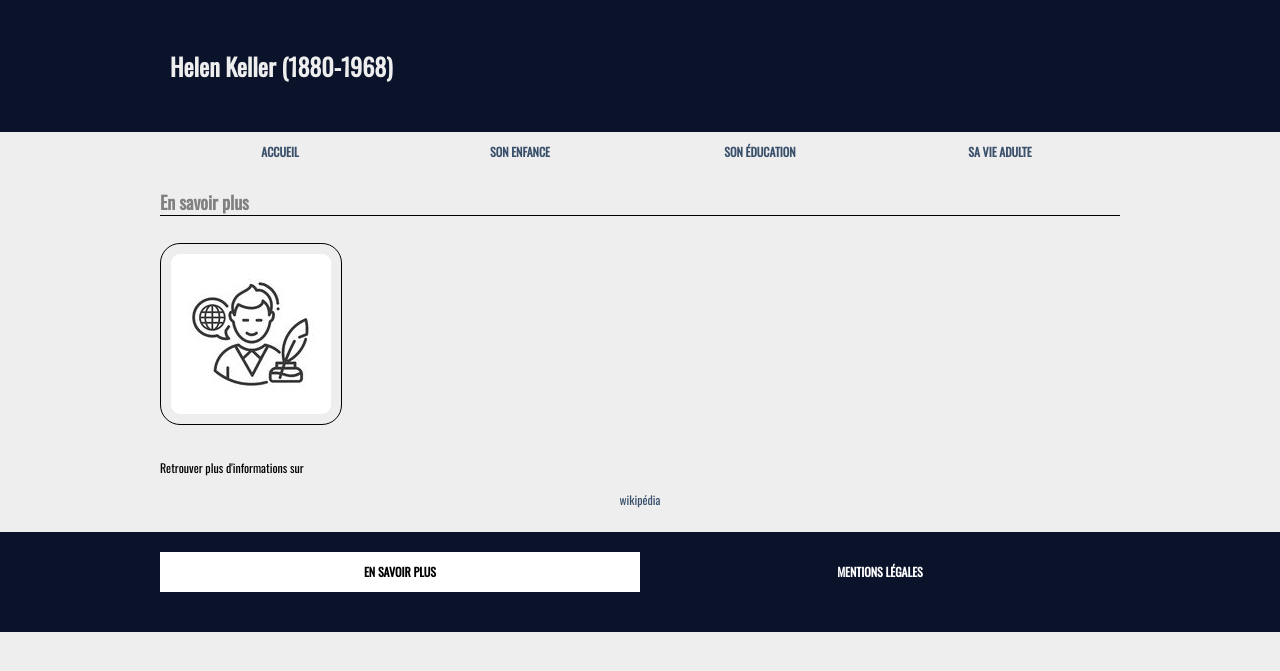
Repository: Luc010/Exercices
Page: HTML CSS/biographie_helen_keller/savoirplus.html
The author's editor kept a copy of each file at every save. The page is drawn from the files as they stood at one save, then again after the next save.
The browser window is 1280 px wide. The pictures show the whole page.
The pointer rests on the first visible `.m-foot > a`.

Above is the page before, as saved 2019-09-04 16:52:43.

After the next save:
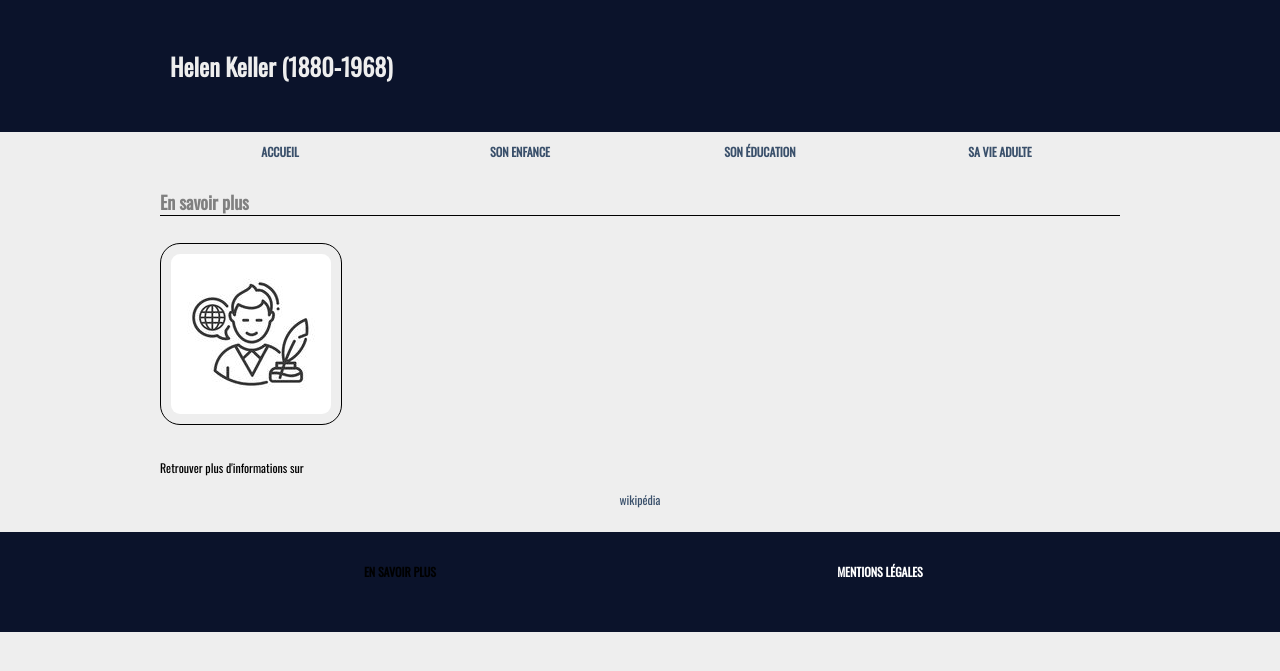
Saved 7 s later.
--- a/HTML CSS/biographie_helen_keller/style.css
+++ b/HTML CSS/biographie_helen_keller/style.css
@@ -81,6 +81,6 @@ a:hover {
     color: white;
 }
 .m-foot > a:hover{
-    background-color: white;
+    background-color: transparent;
     color: black;
 }
